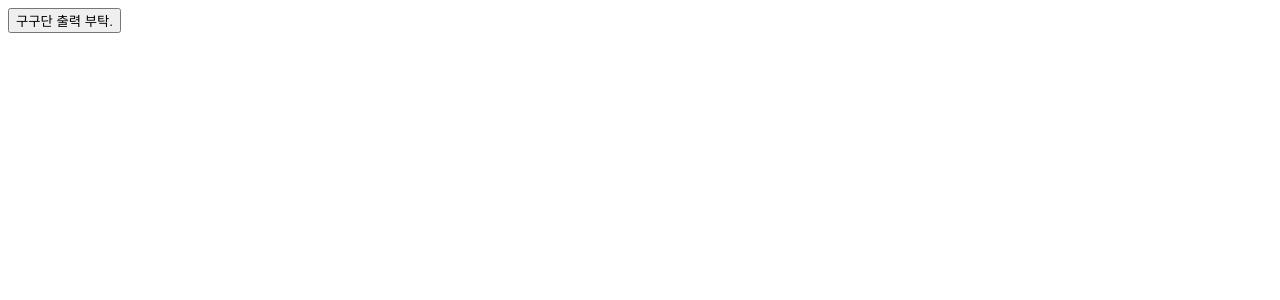
Repository: Moonsun23/jsp
Page: http://localhost/jsp01/gugudanCheckbox.jsp
An editor plug-in stored every save of this project. The page is shown before and after the next save, followed by the edit.
The browser window is 1280 px wide. The pictures show the whole page.
The page is served by Tomcat 9. Other server files are loaded and not shown.

Above is the page before, as saved 2023-06-02 07:38:05.

### jsp01/src/main/webapp/gugudanCheckbox.jsp
<%@ page language="java" contentType="text/html; charset=UTF-8"
    pageEncoding="UTF-8"%>



<!DOCTYPE html>
<html>
<head>
<meta charset="UTF-8">
<title>Insert title here</title>
</head>
<body>
<form action='gugudanResultCheckbox.jsp'>

				<!-- <label><span>1단</span><input type='checkbox' name='dan' value='1'></label>
				<label><span>2단</span><input type='checkbox' name='dan' value='2'></label>
				<label><span>3단</span><input type='checkbox' name='dan' value='3'></label>
				<label><span>4단</span><input type='checkbox' name='dan' value='4'></label>
				<label><span>5단</span><input type='checkbox' name='dan' value='5'></label>
				<label><span>6단</span><input type='checkbox' name='dan' value='6'></label>
				<label><span>7단</span><input type='checkbox' name='dan' value='7'></label>
				<label><span>8단</span><input type='checkbox' name='dan' value='8'></label>
				<label><span>9단</span><input type='checkbox' name='dan' value='9'></label> -->
				<button>구구단 출력 부탁.</button>
				</form>

</body>
</html>

After the next save:
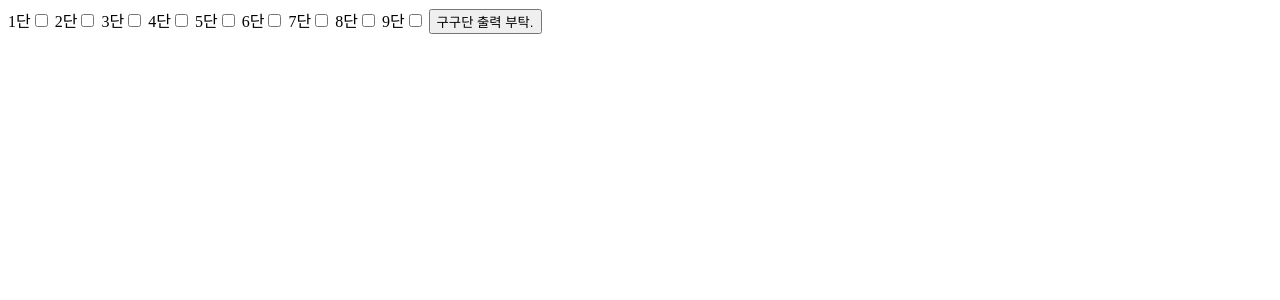
Saved 36 s later.
--- a/jsp01/src/main/webapp/gugudanCheckbox.jsp
+++ b/jsp01/src/main/webapp/gugudanCheckbox.jsp
@@ -12,7 +12,7 @@
 <body>
 <form action='gugudanResultCheckbox.jsp'>
 
-				<!-- <label><span>1단</span><input type='checkbox' name='dan' value='1'></label>
+				<label><span>1단</span><input type='checkbox' name='dan' value='1'></label>
 				<label><span>2단</span><input type='checkbox' name='dan' value='2'></label>
 				<label><span>3단</span><input type='checkbox' name='dan' value='3'></label>
 				<label><span>4단</span><input type='checkbox' name='dan' value='4'></label>
@@ -20,7 +20,7 @@
 				<label><span>6단</span><input type='checkbox' name='dan' value='6'></label>
 				<label><span>7단</span><input type='checkbox' name='dan' value='7'></label>
 				<label><span>8단</span><input type='checkbox' name='dan' value='8'></label>
-				<label><span>9단</span><input type='checkbox' name='dan' value='9'></label> -->
+				<label><span>9단</span><input type='checkbox' name='dan' value='9'></label>
 				<button>구구단 출력 부탁.</button>
 				</form>
 
